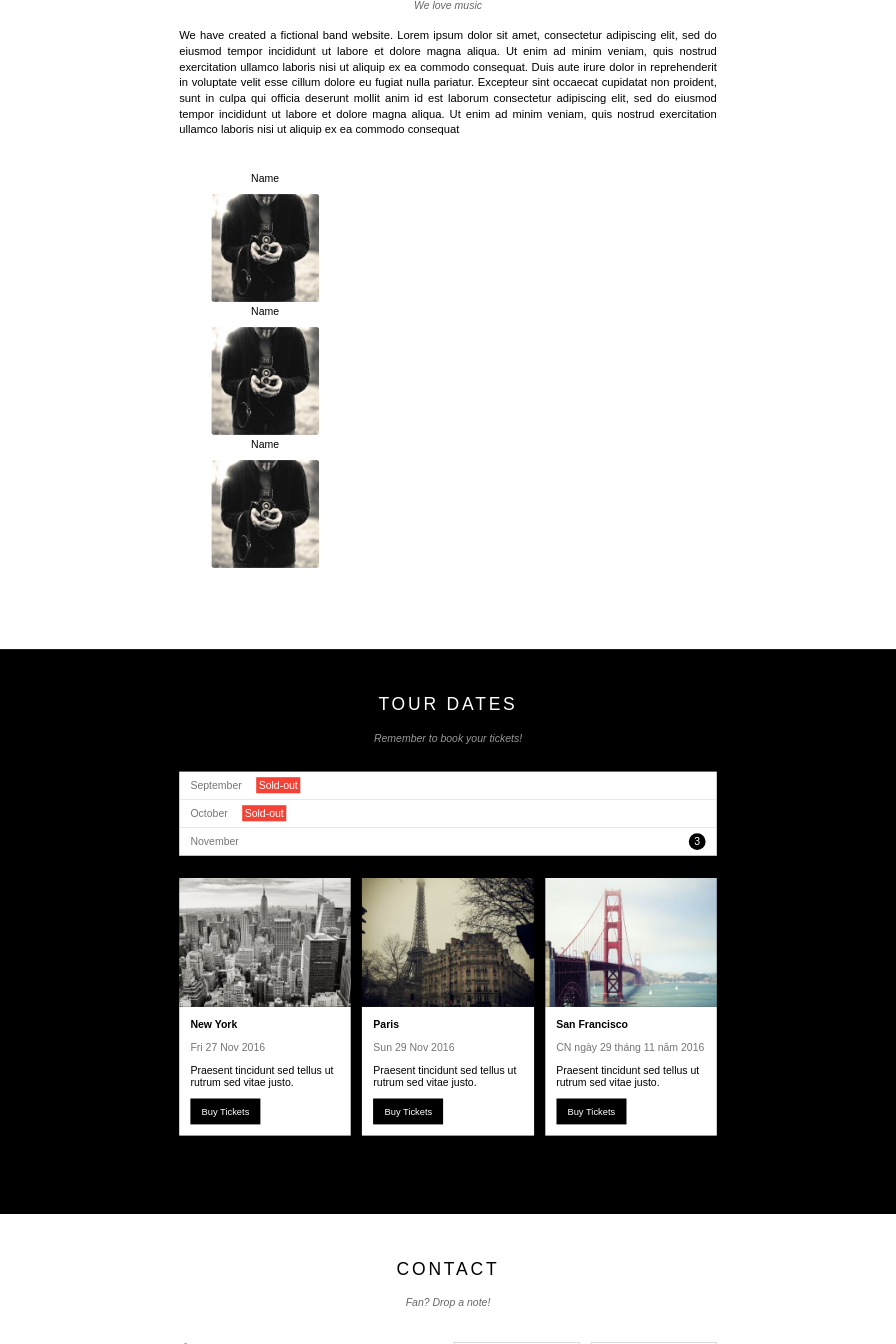
Repository: BillLee2000/w3-band
Page: index.html
These files come from the project's save history. The page is drawn as it stood at one moment and after the next save; the edit follows.
The browser window is 1280 px wide. The pictures show the part of the page from y = 805 to 2725 px (the page is 3883 px tall before and 3915 px after), at 70% of full size.

Above is the page before, as saved 2021-12-16 06:23:27.

### index.html
<!DOCTYPE html>
<html lang="en">

<head>
    <meta charset="UTF-8">
    <meta http-equiv="X-UA-Compatible" content="IE=edge">
    <meta name="viewport" content="width=device-width, initial-scale=1.0">
    <link rel="icon" href="./assets/favicon/download.jpg" type="image/x-icon" />
    <link rel="stylesheet" href="./assets/css/styles.css">
    <link rel="stylesheet" href="./assets/css/responsive.css">
    <link rel="stylesheet" href="./assets/fonts/themify-icons/themify-icons.css">
    <title>The band</title>
</head>

<body>
    <div id="main">
        <div id="header">
            <ul id="nav">
                <!-- ul#nav>li*5>a -->
                <li><a href="#">Home</a></li>
                <li><a href="#band">Band</a></li>
                <li><a href="#tour">Tour</a></li>
                <li><a href="#contact">Contact</a></li>
                <li>
                    <a href="#">
                        More
                        <i class="down ti-angle-down"></i>
                    </a>
                    <ul class="subnav">
                        <li><a href="#">Merchandise</a></li>
                        <li><a href="#">Extras</a></li>
                        <li><a href="#">Media</a></li>
                    </ul>
                </li>
            </ul>
            <div id="mobile-menu" class="mobile-menu-btn">
                <i class="menu-icon ti-menu"></i>
            </div>
            <div class="search-btn">
                <i class="search-icon ti-search"></i>
            </div>
        </div>
        <div id="slide">
            <div class="text-content">
                <h2 class="text-heading">
                    Chicago
                </h2>
                <div class="text-decsription">
                    Thank you, Chicago - A night we won't forget.
                </div>
            </div>
        </div>
        <div id="content">
            <div id="band" class="content-section">
                <h2 class="section-heading">
                    THE BAND
                </h2>
                <p class="section-sub-heading">
                    We love music
                </p>
                <p class="about-text">
                    We have created a fictional band website. Lorem ipsum dolor sit amet, consectetur adipiscing elit,
                    sed do eiusmod tempor incididunt ut labore et dolore magna aliqua. Ut enim ad minim veniam, quis
                    nostrud exercitation ullamco laboris nisi ut aliquip ex ea commodo consequat. Duis aute irure dolor
                    in reprehenderit in voluptate velit esse cillum dolore eu fugiat nulla pariatur. Excepteur sint
                    occaecat cupidatat non proident, sunt in culpa qui officia deserunt mollit anim id est laborum
                    consectetur adipiscing elit, sed do eiusmod tempor incididunt ut labore et dolore magna aliqua. Ut
                    enim ad minim veniam, quis nostrud exercitation ullamco laboris nisi ut aliquip ex ea commodo
                    consequat
                </p>
                <div class="row nembers-list">
                    <div class="col col-third s-col-full text-center">
                        <p class="member-name">
                            Name
                        </p>
                        <img src="./assets/img/band/member1.jpg" alt="Name" class="member-img">
                    </div>
                    <div class="mcol col-third s-col-full text-center">
                        <p class="member-name">
                            Name
                        </p>
                        <img src="./assets/img/band/member1.jpg" alt="Name" class="member-img">
                    </div>
                    <div class="col col-third s-col-full text-center">
                        <p class="member-name">
                            Name
                        </p>
                        <img src="./assets/img/band/member1.jpg" alt="Name" class="member-img">
                    </div>
                    <div class="clear"></div>
                </div>
            </div>
            <div id="tour" class="tour-section">
                <div class="content-section">
                    <h2 class="section-heading text-white">
                        TOUR DATES
                    </h2>
                    <p class="section-sub-heading text-white">
                        Remember to book your tickets!
                    </p>
                    <ul class="stickets-list">
                        <li>September <span class="sold-out">Sold-out</span></li>
                        <li>October <span class="sold-out">Sold-out</span></li>
                        <li>November <span class="quantity">3</span></li>
                    </ul>
                    <div class="row places-list">
                        <div class="col col-third s-col-full mt-16">
                            <img src="./assets/img/places/place1.jpg" alt="New York" class="place-img">
                            <div class="place-content">
                                <h3 class="place-heading">
                                    New York
                                </h3>
                                <p class="place-time">
                                    Fri 27 Nov 2016
                                </p>
                                <p class="place-description">
                                    Praesent tincidunt sed tellus ut rutrum sed vitae justo.
                                </p>
                                <button class="btn js-buy-ticket">Buy Tickets</button>
                            </div>
                        </div>
                        <div class="col col-third s-col-full mt-16">
                            <img src="./assets/img/places/place2.jpg" alt="New York" class="place-img">
                            <div class="place-content">
                                <h3 class="place-heading">
                                    Paris
                                </h3>
                                <p class="place-time">
                                    Sun 29 Nov 2016
                                </p>
                                <p class="place-description">
                                    Praesent tincidunt sed tellus ut rutrum sed vitae justo.
                                </p>
                                <button class="btn js-buy-ticket">Buy Tickets</button>
                            </div>
                        </div>
                        <div class="col col-third s-col-full mt-16">
                            <img src="./assets/img/places/place3.jpg" alt="New York" class="place-img">
                            <div class="place-content">
                                <h3 class="place-heading">
                                    San Francisco
                                </h3>
                                <p class="place-time">
                                    CN ngày 29 tháng 11 năm 2016
                                </p>
                                <p class="place-description">
                                    Praesent tincidunt sed tellus ut rutrum sed vitae justo.
                                </p>
                                <button class="btn js-buy-ticket">Buy Tickets</button>
                            </div>
                        </div>
                        <div class="clear"></div>
                    </div>
                </div>
            </div>
            <div id="contact" class="content-section">
                <h2 class="section-heading">
                    CONTACT
                </h2>
                <p class="section-sub-heading">
                    Fan? Drop a note!
                </p>
                <div class="row contact-content">
                    <div class="col col-half contact-info">
                        <p><i class="ti-location-pin"> Chicago, US</i></p>
                        <p><i class="ti-mobile"> Phone: +00 151515</i></p>
                        <p><i class="ti-email"> Email: mail@mail.com</i></p>
                    </div>
                    <div class="col col-half contact-form">
                        <form action="">
                            <div class="row">
                                <div class="col col-half">
                                    <input placeholder="Name" type="text" name="" required id="" class="form-control">
                                </div>
                                <div class="col col-half">
                                    <input placeholder="Email" type="email" name="" required id="" class="form-control">
                                </div>

                            </div>
                            <div class="row mt-8">
                                <div class="col col-full">
                                    <input placeholder="Message" type="text" name="" required id=""
                                        class="form-control">
                                </div>
                            </div>
                            <input class="btn mt-16 pull-right" type="submit" value="SEND">
                        </form>
                    </div>
                </div>
            </div>
            <div class="map-section">
                <img src="./assets/img/map.jpg" alt="map">
            </div>

        </div>
        <div id="footer">
            <div class="social-list">
                <a href=""><i class="ti-facebook"></i></a>
                <a href=""><i class="ti-instagram"></i></a>
                <a href=""><i class="ti-youtube"></i></a>
                <a href=""><i class="ti-pinterest"></i></a>
                <a href=""><i class="ti-twitter"></i></a>
                <a href=""><i class="ti-linkedin"></i></a>
            </div>
            <p class="copyright">Powered by <a href="">w3.css</a></p>
        </div>
        <div class="modal js-modal">
            <div class="modal-container js-modal-container">
                <div class="modal-close js-modal-close">
                    <i class="ti-close"></i>
                </div>
                <header class="modal-header">
                    <i class="modal-heading-icon ti-bag"></i>
                    Tickets
                </header>
                <div class="modal-body">
                    <label for="tickets-quantity" class="modal-tickets">
                        <i class="ti-shopping-cart"></i>
                        Tickets, $15 per person
                    </label>
                    <input type="text" id="tickets-quantity" class="modal-input" placeholder="How many?">
                    <label for="tickets-email" class="modal-tickets">
                        <i class="ti-user"></i>
                        Send to
                    </label>
                    <input id="tickets-email" type="email" class="modal-input" placeholder="Enter email...">
                    <button id="buy-tickets">
                        Pay <i class="ti-check"></i>
                    </button>
                </div>
                <footer class="modal-footer">
                    <p class="modal-help">Need <a href="" class="">help?</a></p>
                </footer>
            </div>
        </div>
    </div>
    <script>
        const buyBtns = document.querySelectorAll('.js-buy-ticket') /* Lấy 3 giá trị của nut buy tickets đẩy vào buyBtns */
        const modal = document.querySelector('.js-modal') /* thêm class modal vào hằng */
        const modalClose = document.querySelector('.js-modal-close')
        const modalConainer = document.querySelector('.js-modal-container')
        function showBuyTicket() {
            /*  alert("Show") */ /* bật lên hộp thoại */
            modal.classList.add('open') /* add thêm class open vào sau modal bật của sổ hiển thị lên */
        }
        function hideBuyTicket() {
            /*  alert("Show") */ /* bật lên hộp thoại */
            modal.classList.remove('open') /* remove class open vào sau modal close để đóng cửa sổ hiển thị */
        }
        for (const buyBtn of buyBtns) {/* Vòng lặp cho từng nút(button) chạy 3 lần */
            buyBtn.addEventListener('click', showBuyTicket)/* Khi click vào ô buyTickKets sẽ chuyển đến hàm show.. */
        }
        modalClose.addEventListener('click', hideBuyTicket)
        modal.addEventListener('click', hideBuyTicket)
        modalConainer.addEventListener('click', function (event) {
            event.stopPropagation() //ngừng event nổi bọt lại
        })
    </script>
    <script>
        var header = document.getElementById('header');
        var mobileMenu = document.getElementById('mobile-menu');
        /* console.log(mobileMenu) */
        var headerHeight = header.clientHeight;
        // Dong mo mobile menu
        mobileMenu.onclick = function (){
            /* alert('Thong Bao'); */
            var isClosed = header.clientHeight === headerHeight;
            if (isClosed) {
                header.style.height = 'auto';
            }else{
                header.style.height = null;
            }
        }
        //tu dong dong khi chon menu
        var menuItems = document.querySelectorAll('#nav li a[href*="#"]');
        /* console.log(menuItems); */
        for (var i = 0;i<menuItems.length;i++){
            var menuItem = menuItems[i];
            menuItem.onclick = function(event){
                var isParentMenu = this.nextElementSibling && this.nextElementSibling.classList.contains('subnav');
                if(isParentMenu){
                    event.preventDefault();
                }else{
                    header.style.height = null;
                }
            }
        }
    </script>
</body>

</html>

### assets/css/styles.css
/* reset css */

* {
    padding: 0;
    margin: 0;
    box-sizing: border-box;
}

html {
    scroll-behavior: smooth; /* //hành động cuộn */
    font-family: Arial, Helvetica, sans-serif;
    /* font chu in dam */
}

#main {}

.text-white{
    color: #fff !important;
}
.row{
    margin-left: -8px;
    margin-right: -8px;
}
.row::after {
    content: "";
    display: block;
    clear: both;
}
.mt-8{
    margin-top: 8px !important;
}
.mt-16{
    margin-top: 16px !important;
}
.col {
    float: left;
    padding-left: 8px;
    padding-right: 8px;
}
.col-half{
    width: 50%;
}
.col-third{
    width: 33.33333%;
}
.col-full {
    width: 100%;
}
.text-center {
    text-align: center !important;
}

#header {
    height: 46px;
    background-color: black;
    position: fixed;
    top: 0;
    left: 0;
    right: 0;
    z-index: 1;
}
#header .mobile-menu-btn {
    position: absolute;
    top: 0;
    right: 0;
    display: none;
}
#header .mobile-menu-btn,
#header .search-btn {
    float: right;
    padding: 0 21px;
}
#header .mobile-menu-btn:hover {
    background-color: #ccc;
}
#header .mobile-menu-btn:hover .menu-icon {
    color: #000;
}
#header .search-btn:hover {
    background-color: #f44336;
    cursor: pointer;
}
#header .menu-icon,
#header .search-icon {
    color: #fff;
    line-height: 46px;
}

#nav {
    display: inline-block;
}

#nav>li {
    display: inline-block;
}

#nav li {
    position: relative;
}

#nav .down {
    font-size: 14px;
}

#nav>li>a {
    color: #fff;
    text-transform: uppercase;
}

#nav li a {
    text-decoration: none;
    line-height: 46px;
    padding: 0 24px;
    display: block;
}

#nav .subnav li:hover a,
#nav>li:hover>a {
    color: #000;
    background-color: #ccc;
}

#nav li:hover .subnav {
    display: block;
}

#nav,
.subnav {
    list-style-type: none;
    /* bor dau cham dau dong */
}

#nav .subnav {
    display: none;
    min-width: 160px;
    top: 100%;
    left: 0;
    position: absolute;
    background-color: #fff;
    box-shadow: 0 0 10px rgba(0, 0, 0, 0.3);
}

#nav .subnav a {
    color: #000;
    padding: 0 12px;
    line-height: 38px;
}

#slide {
    margin-top: 46px;
    padding-top: 50%;
    background: url("/assets/img/slider/slider1.jpg") top center / cover no-repeat;
    position: relative;
}

#slide .text-content {
    color: #fff;
    position: absolute;
    left: 50%;
    bottom: 47px;
    transform: translate(-50%);
    /* Cách 1 */
    /* Width: 100%; */
    /* cach 2 */
    /* Cách 3: left: 0; right: 0; */
    text-align: center;
}

#slide .text-heading {
    font-size: 24px;
    font-weight: 500;
}

#slide .text-decsription {
    font-size: 15px;
    margin-top: 25px;
}
.pull-right {
    float: right !important;
}
.btn{
    color: #fff;
    background-color: #000;
    text-decoration: none;
    padding: 11px 16px;
    display: inline-block;
    margin-top: 15px;
    border: none;
}
.btn:hover {
    cursor: pointer;
    color: #000;
    background-color: #ccc;
}

#content {}

#content .content-section{
    width: 800px;
    max-width: 100%;
    padding: 64px 0 112px;
    margin-left: auto;
    margin-right: auto;
    padding-left: 16px;
    padding-right: 16px;
}
#content .section-heading{
    font-weight: 500;
    text-align: center;/* Can giua */
    font-size: 25px;
    letter-spacing: 4px;/* Khoảng cách các chữ cái */
}
#content .section-sub-heading{
    text-align: center;
    margin-top: 25px;
    font-size: 15px;
    font-style: italic;
    opacity: 0.6;/* Giam 40% đô đậm của chữ */
}
#content .about-text {
    margin-top: 25px;
    text-align: justify;
    line-height: 1.4;
}
#content .nembers-list{
    margin-top: 48px;
}
/* #content .member-item { */
    /* float: left; */
    /* width: calc(100% / 3); */
   /*  width: 33.333333%; */
    /* text-align: center; */
/* } */
#content .member-name{
    font-size: 15px;
}
#content .member-img{
    margin-top: 15px;
    width: 154px;
    border-radius: 4px;
    overflow: hidden;/* Xóa font float:left; */
}
#content .clear{
    clear: both;
}
#content .tour-section{
    background-color: #000;

}
.stickets-list{
    background-color: #fff;
    margin-top: 40px;
    list-style: none;
}
.stickets-list li{
    font-size: 15px;
    padding: 11px 16px;
    border-bottom:  1px solid #ddd;
    color: #757575;
}
.stickets-list .sold-out {
    background-color: #f44336;
    padding: 3px 4px;
    color: #fff;
    margin-left: 16px;
}
.stickets-list .quantity{
    float: right;
    width: 24px;
    height: 24px;
    color: #fff;
    text-align: center;
    line-height: 24px;
    background-color: #000;
    border-radius: 50%;
    margin-top: -3px;
}

.tour-section .places-list{
    margin-top: 16px;
}

.tour-section .place-img{
    width: 100%;
    display: block;
}
.tour-section .place-img:hover{
    opacity: 0.6;
}
.tour-section .place-content{
    background-color: #fff;
    padding: 16px;
    font-size: 15px;
}
.tour-section .place-heading{
    font-weight: 600;
    font-size: 15px;
}
.tour-section .place-time{
    margin-top: 16px;
    color: #757575;
}
.tour-section .place-description{
    margin-top: 16px;
}
.contact-content{
    margin-top: 48px;
}
.contact-form {
    font-size: 15px;
}
.contact-content .contact-info{
    font-size: 18px;
    line-height: 1.5;
}
.contact-form .form-control {
    padding: 10px;
    border: 1px solid #ccc;
    width: 100%;
    outline: none;
}
.contact-info i[class*="ti-"] {
    width: 30px;
}

#footer {}

.modal {
    position: fixed;
    top: 0;
    left: 0;
    right: 0;
    bottom: 0;
    background: rgba(0, 0, 0, 0.4);
    display: none;
    align-items: center;
    justify-content: center;

}

.modal.open {
    display: flex;
}

.modal-container{
    width: 900px;
    min-height: 200px;
    background-color: #fff;
    position: relative;
    max-width: calc(100% - 32px);
    animation: modalFadeIn ease 0.5s;
}
.modal .modal-close{
    position: absolute;
    right: 0;
    top: 0;
    color: #fff;
    padding: 12px;
    cursor: pointer;
    opacity: 0.8;
}
.modal-close:hover{
    opacity: 1;
    background-color: #ccc;
}
.modal .modal-header{
    background-color: #009688;
    height: 130px;
    display: flex;
    align-items: center;
    justify-content: center;
    font-size: 30px;
    color: #fff;
}
.modal-body{
    padding: 16px;
}
.modal-tickets{
    display: block;
    font-size: 15px;
    margin-bottom: 15px;
}
.modal-input{
    border: 1px solid #ccc;
    width: 100%;
    padding: 10px;
    font-size: 15px;
    margin-bottom: 24px;
}
.modal-heading-icon{
    margin-right: 16px;
}
#buy-tickets{
    color: #fff;
    background: #009688;
    border: none;
    width: 100%;
    font-size: 15px;
    text-transform: uppercase;
    padding: 18px;
}
#buy-tickets:hover {
    cursor: pointer;
    opacity: 0.9;
}
.map-section img {
    width: 100%;
}
#footer {
    padding: 64px 16px;
    text-align: center;
}
#footer .social-list {
    font-size: 24px;
}
#footer .social-list a {
    color: rgba(0 ,0 ,0 ,0.6);
    text-decoration: none;
}
#footer .copyright a:hover,
#footer .social-list a:hover {
    color: rgba(0 ,0 ,0 ,0.4);
}
#footer .copyright {
    margin-top: 15px;
    color: rgba(0 ,0 ,0 ,0.6);
}
.modal-footer {
    padding: 16px;
    text-align: right;
}
.modal-footer a {
    color: #2196F3;
}
@keyframes modalFadeIn{
    from {
        opacity: 0;
        transform: translateY(-140px);
    }
    to{
        opacity: 1;
        transform: translateY(0);
    }
}
/* PC */
@media(min-width: 1024px){

}
/* Tablet */
@media (min-width: 740px) and (max-width:1023px){

}
@media(max-width: 740px){

}

### assets/css/responsive.css
/* PC */
@media(min-width: 1024px){

}
/* Tablet */
@media (min-width: 740px) and (max-width:1023px){

}
/* Mobile */
@media(max-width: 740px){
    .s-col-full {
        width: 100%;
    }
    #nav {
        display: block;
    }
    #nav>li {
        display: block;
    }
    #nav li a {
        padding: 1px 24px;
    }
    #nav > li:first-child {
        display: inline-block;
    }
    #nav .subnav {
        position: initial;
        background-color: #333;
    }

    #content .member-img {
        width: 60%;
    }
    #content .about-text {

    }
    #nav .subnav a {
        color: #fff;
        padding: 5px 41px;
    }
    #header {
        overflow: hidden;
    }
    #header .mobile-menu-btn {
        display: block;
    }
    #header .search-btn {
        display: none;
    }

}

Loaded but not shown: assets/fonts/themify-icons/themify-icons.css (common file)

After the next save:
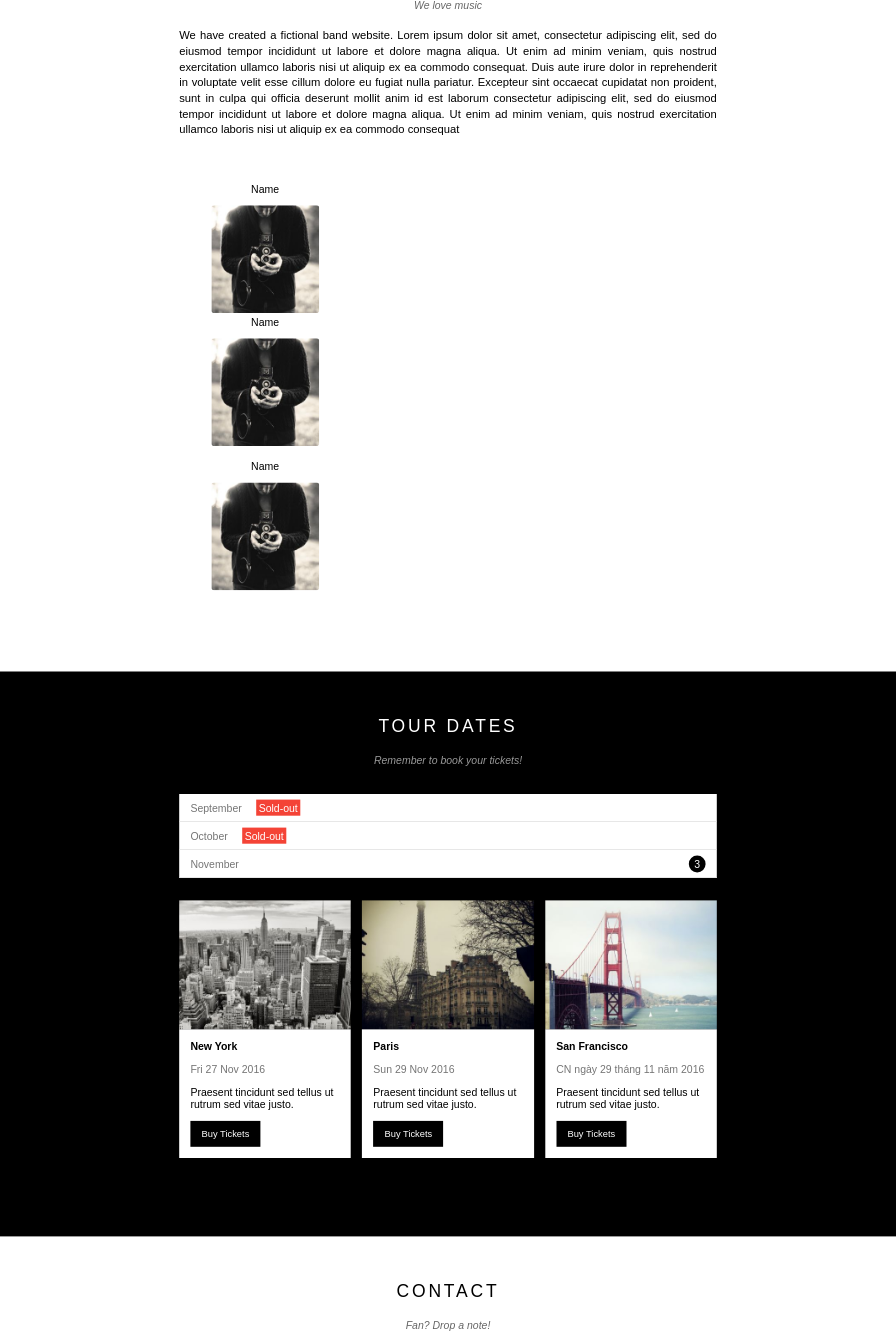
Saved 43 s later.
--- a/index.html
+++ b/index.html
@@ -69,19 +69,19 @@
                     consequat
                 </p>
                 <div class="row nembers-list">
-                    <div class="col col-third s-col-full text-center">
+                    <div class="col col-third s-col-full mt-16 text-center">
                         <p class="member-name">
                             Name
                         </p>
                         <img src="./assets/img/band/member1.jpg" alt="Name" class="member-img">
                     </div>
-                    <div class="mcol col-third s-col-full text-center">
+                    <div class="mcol col-third s-col-full mt-16 text-center">
                         <p class="member-name">
                             Name
                         </p>
                         <img src="./assets/img/band/member1.jpg" alt="Name" class="member-img">
                     </div>
-                    <div class="col col-third s-col-full text-center">
+                    <div class="col col-third s-col-full mt-16 text-center">
                         <p class="member-name">
                             Name
                         </p>
